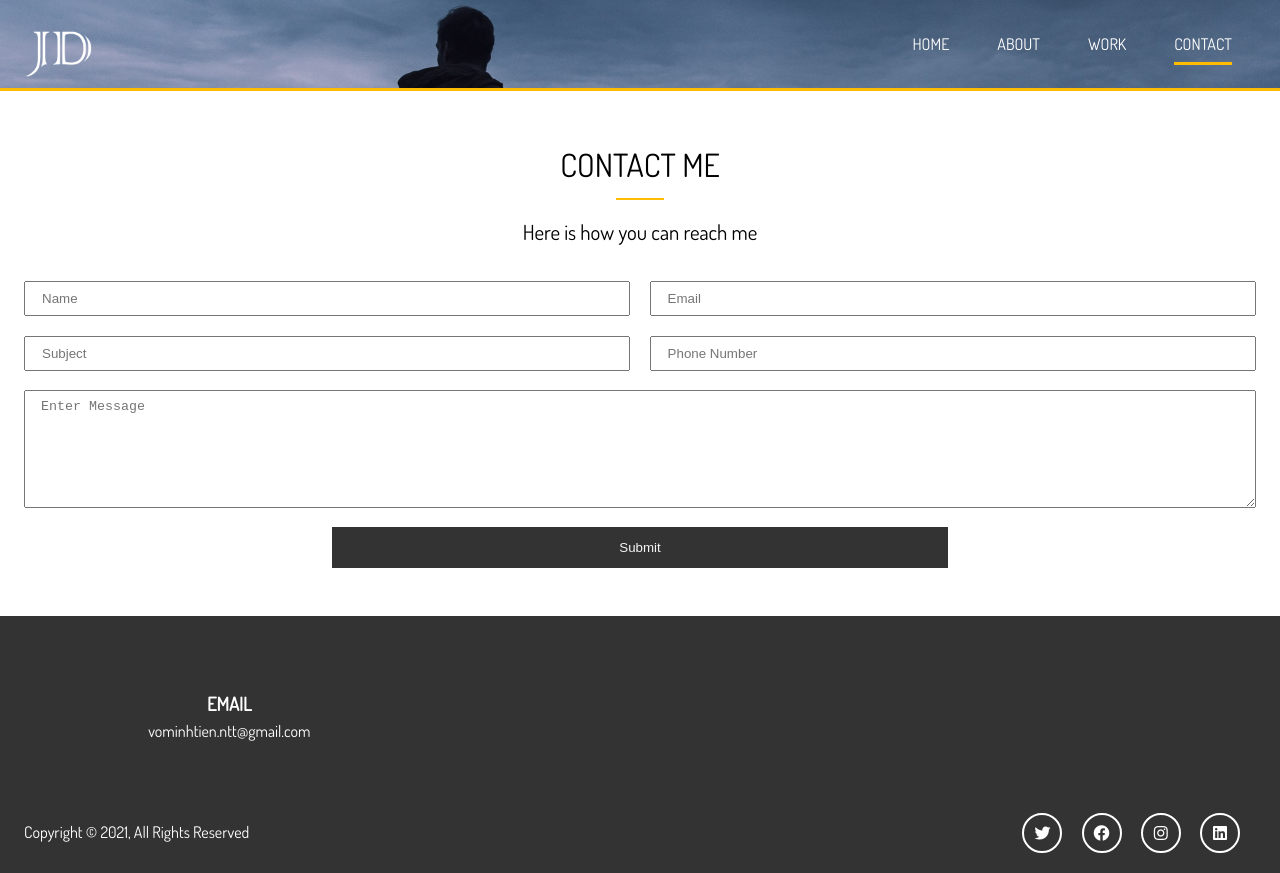
Repository: minhtien9/Portfolio_Website
Page: diet/contact.html
These files come from the project's save history. The page is drawn as it stood at one moment and after the next save; the edit follows.
The browser window is 1280 px wide. The pictures show the whole page.

Above is the page before, as saved 2021-08-29 19:55:42.

### diet/contact.html
<!DOCTYPE html>
<html lang="en">
  <head>
    <meta charset="UTF-8" />
    <meta http-equiv="X-UA-Compatible" content="IE=edge" />
    <meta name="viewport" content="width=device-width, initial-scale=1.0" />
    <link
      rel="stylesheet"
      href="https://cdnjs.cloudflare.com/ajax/libs/font-awesome/5.15.4/css/all.min.css"
      integrity="sha512-1ycn6IcaQQ40/MKBW2W4Rhis/DbILU74C1vSrLJxCq57o941Ym01SwNsOMqvEBFlcgUa6xLiPY/NS5R+E6ztJQ=="
      crossorigin="anonymous"
      referrerpolicy="no-referrer"
    />
    <link
      href="https://fonts.googleapis.com/css2?family=Dosis&display=swap"
      rel="stylesheet"
    />
    <link rel="stylesheet" href="css/style.css" />
    <title>Contact Me || UI/UX Designer & Photographer</title>
  </head>
  <body>
    <!-- Header -->
    <header id="header-inner">
      <div class="container">
        <nav id="main-nav">
          <img src="img/logo.png" alt="My Portfolio" id="logo" />
          <ul>
            <li><a href="index.html">Home</a></li>
            <li><a href="about.html">About</a></li>
            <li><a href="work.html">Work</a></li>
            <li><a href="contact.html" class="current">Contact</a></li>
          </ul>
        </nav>
      </div>
    </header>

    <!-- Section A: Contact Form -->
    <section id="contact-a" class="text-center py-3">
      <div class="container">
        <h2 class="section-title">Contact Me</h2>
        <div class="bottom-line"></div>
        <p class="lead">Here is how you can reach me</p>
        <form>
          <div class="text-fields">
            <input
              type="text"
              class="text-input name-input"
              placeholder="Name"
            />
            <input
              type="text"
              class="text-input subject-input"
              placeholder="Subject"
            />
            <input
              type="email"
              class="text-input email-input"
              placeholder="Email"
            />
            <input
              type="text"
              class="text-input phone-input"
              placeholder="Phone Number"
            />
            <textarea
              class="text-input message-input"
              placeholder="Enter Message"
            ></textarea>
          </div>
          <button type="submit" class="btn-dark">Submit</button>
        </form>
      </div>
    </section>

    <!-- Section B: Contact Info -->
    <section id="contact-b" class="py-3 bg-dark">
      <div class="container">
        <div class="contact-info">
          <div>
            <i class="fas fa-evenlope fa-2x"></i>
            <h3>Email</h3>
            <p>vominhtien.ntt@gmail.com</p>
          </div>
        </div>
      </div>
    </section>

    <!-- Footer -->
    <footer id="main-footer">
      <div class="footer-content container">
        <p>Copyright &copy; 2021, All Rights Reserved</p>
        <div class="social">
          <i class="fab fa-twitter"></i>
          <i class="fab fa-facebook"></i>
          <i class="fab fa-instagram"></i>
          <i class="fab fa-linkedin"></i>
        </div>
      </div>
    </footer>

    <!-- <script src="js/typewriter.js"></script> -->
  </body>
</html>

### diet/css/style.css
.container {
  max-width: 1280px;
  padding: 0 1.5rem;
  margin: auto;
  overflow: hidden;
}

.btn-dark, .btn-light, .btn-main {
  display: inline-block;
  padding: 0.8rem 2rem;
  transition: all 0.5s;
  border: none;
  cursor: pointer;
}

.btn-main {
  color: #333;
  background-color: #ffbc00;
}
.btn-light {
  color: #333;
  background-color: #f4f4f4;
}
.btn-dark {
  color: #f4f4f4;
  background-color: #333;
}

button[class^=btn-]:hover,
a[class^=btn-]:hover,
input[class^=btn-]:hover {
  background-color: #ffbc00;
}

.bg-main {
  background: #ffbc00;
  color: #fff;
}
.bg-dark {
  background: #333;
  color: #fff;
}
.bg-light {
  background: #f4f4f4;
  color: #000;
}
.bg-medium {
  background: #ccc;
  color: #000;
}

.lead {
  font-size: 1.3rem;
  margin-bottom: 2rem;
}

.text-center {
  text-align: center;
}

.py-1 {
  padding: 1rem 0;
}
.py-2 {
  padding: 2rem 0;
}
.py-3 {
  padding: 3rem 0;
}
.py-4 {
  padding: 4rem 0;
}

.ny-1 {
  margin: 1rem 0;
}
.ny-2 {
  margin: 2rem 0;
}
.ny-3 {
  margin: 3rem 0;
}
.ny-4 {
  margin: 4rem 0;
}

.section-title {
  font-size: 2rem;
  display: block;
  padding-bottom: 0.5rem;
  text-align: center;
  font-weight: 100;
  text-transform: uppercase;
}

.bottom-line {
  height: 2px;
  width: 3rem;
  background: #ffbc00;
  display: block;
  margin: 0 auto 1rem auto;
}

.items {
  display: grid;
  grid-template-columns: repeat(3, 1fr);
  box-shadow: 0 5px 10px 0 rgba(0, 0, 0, 0.3);
}

.item {
  position: relative;
  background: #ffbc00;
  overflow: hidden;
}
.item:after {
  content: "";
  position: absolute;
  display: block;
  background: inherit;
  opacity: 0.9;
  top: 0;
  left: 0;
  width: 100%;
  height: 100%;
  transform: scale(2) translateX(-75%) translateY(-75%) rotate(-28deg);
  transition: transform 3s cubic-bezier(0.2, 1, 0.3, 1);
}
.item:hover:after {
  transform: scale(2) translateX(0) translateY(0) rotate(-28deg);
}
.item:hover .item-image {
  transform: scale(1.2);
}
.item:hover .item-text {
  opacity: 1;
  transform: translateY(0);
}
.item-image {
  height: auto;
  transform: translateZ(0);
  display: block;
  transition: transform 750ms cubic-bezier(0.2, 1, 0.3, 1);
}
.item-image:before {
  content: "";
  display: block;
  padding-top: 75%;
  overflow: hidden;
}
.item-image img {
  position: absolute;
  top: 0;
  left: 0;
  width: 100%;
  height: auto;
  line-height: 0;
}
.item-text {
  position: absolute;
  top: 0;
  left: 0;
  bottom: 0;
  right: 0;
  opacity: 0;
  text-align: center;
  z-index: 1;
  color: #fff;
  transform: translateY(-20%);
  transition: opacity 500ms cubic-bezier(0.2, 1, 0.3, 1), transform 500ms cubic-bezier(0.2, 1, 0.3, 1);
  transition-delay: 300ms;
}
.item-text-wrap {
  position: absolute;
  width: 100%;
  top: 50%;
  transform: translateY(-50%);
}
.item-text-title {
  font-size: 2rem;
  padding: 0 1rem;
  margin: 5px 0 0 0;
}
.item-text-category {
  text-transform: uppercase;
  font-size: 1.2rem;
  opacity: 0.7;
  margin: 0;
}

* {
  margin: 0;
  padding: 0;
}

body {
  font-family: "Dosis", sans-serif;
  line-height: 1.6;
  background: #fff;
}

a {
  text-decoration: none;
  color: #333;
}

ul {
  list-style: none;
}

h2,
h3,
h4 {
  text-transform: uppercase;
}

img {
  width: 100%;
}

#logo {
  width: 70px;
  height: 70px;
  color: #fff;
  text-transform: uppercase;
}

#main-nav {
  display: flex;
  justify-content: space-between;
  padding-top: 1rem;
}
#main-nav ul {
  display: flex;
}
#main-nav li {
  padding: 1rem 1.5rem;
}
#main-nav a {
  text-decoration: none;
  color: #fff;
  text-transform: uppercase;
  border-bottom: 3px transparent solid;
  padding-bottom: 0.5rem;
  transition: border-color 0.5s;
}
#main-nav a:hover {
  border-color: #ccc;
}
#main-nav a.current {
  border-color: #ffbc00;
}

#header-home {
  background: url("../img/showcase.jpg") no-repeat center right/cover;
  height: 100vh;
  color: #fff;
}
#header-home .header-content {
  text-align: center;
  padding-top: 20%;
}
#header-home .header-content h1 {
  font-size: 4rem;
  line-height: 1.2;
}
#header-inner {
  background: url("../img/showcase.jpg") no-repeat 20% 30%/cover;
  height: 5.5rem;
  border-bottom: 3px solid #ffbc00;
}

#home-a .specials {
  margin-top: 3rem;
  display: grid;
  grid-gap: 1rem;
  grid-template-columns: repeat(4, 1fr);
}
#home-a .specials .fas {
  color: #ffbc00;
  padding-bottom: 0.4rem;
}
#home-b .stats {
  display: grid;
  grid-template-columns: repeat(4, 1fr);
}
#home-b .stats li {
  line-height: 2;
}
#home-b .stats li.stats-title {
  font-size: 1.5rem;
}
#home-b .stats li.stats-number {
  font-size: 2rem;
  font-weight: bold;
}
#home-b .stats div {
  padding: 3rem 0;
}
#home-b .stats div:nth-child(odd) {
  background: #f4f4f4;
}
#home-b .stats div:nth-child(even) {
  background: #ccc;
}
#home-c .process {
  display: grid;
  grid-template-columns: repeat(4, 1fr);
  grid-gap: 1.5rem;
  text-align: center;
}
#home-c .process-step {
  position: absolute;
  top: 0;
  right: 0;
  font-size: 28px;
  background: #ffbc00;
  color: #fff;
  border-radius: 50%;
  height: 15px;
  width: 15px;
  line-height: 15px;
  padding: 1rem;
  transition: all 1s;
}
#home-c .process-icon {
  border-radius: 50%;
  background: #333;
  color: #fff;
  padding: 2rem;
  width: 70px;
  height: 70px;
  line-height: 70px;
  text-align: center;
  position: relative;
  transition: all 1s;
}
#home-c .process-icon:hover {
  background: #ffbc00;
  width: 90px;
  height: 90px;
  line-height: 90px;
}
#home-c .process-icon:hover .process-step {
  background: #333;
  color: #fff;
}

#about-a .about-info {
  display: grid;
  grid-template-areas: "bioimage bio bio" "aw1 aw2 aw3";
  grid-gap: 1.2rem;
}
#about-a .bio-image {
  grid-area: bioimage;
}
#about-a .bio {
  grid-area: bio;
  border-left: 3px solid #ffbc00;
  padding: 0.8rem;
}
#about-a .award-1 {
  grid-area: aw1;
}
#about-a .award-2 {
  grid-area: aw2;
}
#about-a .award-3 {
  grid-area: aw3;
}
#about-a .award-1 .fas,
#about-a .award-2 .fas,
#about-a .award-3 .fas {
  color: #ffbc00;
  margin: 1rem;
}
#about-b .progress {
  overflow: hidden;
  height: 20px;
  background: #ccc;
  border-radius: 5px;
  margin-bottom: 0.6rem;
}
#about-b .progress div {
  height: 100%;
  color: #fff;
  text-align: center;
  background: #ffbc00;
}
#about-c .about-logos {
  display: grid;
  grid-template-columns: repeat(4, 1fr);
  grid-gap: 2rem;
}
#about-c .about-logos img {
  width: 70%;
}
#about-d .testimonials {
  display: grid;
  grid-template-columns: repeat(4, 1fr);
  grid-gap: 0.5rem;
}
#about-d .testimonials ul {
  list-style: none;
  margin-top: 1rem;
  display: flex;
  align-items: center;
}
#about-d .testimonials p {
  border: 1px solid #ccc;
  border-radius: 5px;
  padding: 0.5rem;
}
#about-d .testimonials img {
  width: 50px;
  height: 50px;
  border-radius: 50%;
  margin-right: 0.5rem;
}

#contact-a .text-fields {
  display: grid;
  grid-template-areas: "name email" "subject phone" "message message";
  grid-gap: 1.2rem;
  margin-bottom: 1.2rem;
}
#contact-a .text-fields .name-input {
  grid-area: name;
}
#contact-a .text-fields .subject-input {
  grid-area: subject;
}
#contact-a .text-fields .email-input {
  grid-area: email;
}
#contact-a .text-fields .phone-input {
  grid-area: phone;
}
#contact-a .text-fields .message-input {
  grid-area: message;
  height: 100px;
}
#contact-a .text-fields .text-input {
  padding: 0.5rem 1rem;
}
#contact-a button[type=submit] {
  width: 50%;
}
#contact-b .contact-info {
  display: grid;
  grid-template-columns: repeat(3, 1fr);
  text-align: center;
}
#contact-c h1 {
  text-align: center;
  font-size: 4rem;
}

#main-footer {
  background: #333;
  color: #fff;
  height: 5rem;
}
#main-footer .footer-content {
  display: flex;
  justify-content: space-between;
  height: 5rem;
  align-items: center;
}
#main-footer .footer-content .social .fab {
  margin-right: 1rem;
  border: 2px solid #fff;
  border-radius: 50%;
  height: 20px;
  width: 20px;
  line-height: 20px;
  text-align: center;
  padding: 0.5rem;
}
#main-footer .footer-content .social .fab:hover {
  background: #ffbc00;
  cursor: pointer;
}

@media (max-width: 800px) {
  #header-home {
    height: 30rem;
  }
  #header-home .header-content {
    padding-top: 5rem;
  }
}
@media (max-width: 500px) {
  #main-nav {
    flex-direction: column;
    align-items: center;
  }
  #main-nav li {
    padding: 1rem;
  }

  #header-home {
    height: 10rem;
    border-bottom: 3px solid #ffbc00;
    background-position: 20% 30%;
  }
  #header-home .header-content {
    display: none;
  }
  #header-inner {
    height: 10rem;
  }

  #home-a .specials,
#home-b .stats,
#home-c .process,
#about-d .testimonials,
#contact-b .contact-info,
.items {
    grid-template-columns: 1fr;
  }

  #home-a .specials div {
    border-bottom: 1px #f4f4f4 solid;
    padding-bottom: 1rem;
  }
  #home-a .specials div:last-child {
    border: none;
    padding-bottom: 0;
  }
  #home-b .stats div {
    padding: 2rem 0 1rem 0;
  }

  #about-a .about-info {
    grid-template-areas: "bioimage" "bio" "aw1" "aw2" "aw3";
  }
  #about-c {
    display: none;
  }

  #contact-a .text-fields {
    grid-template-areas: "name" "subject" "email" "phone" "message";
  }
  #contact-b div {
    margin-bottom: 1rem;
    padding-bottom: 1rem;
    border-bottom: 1px solid #555;
  }
  #contact-b div:last-child {
    border: none;
    margin-bottom: 0;
    padding-bottom: 0;
  }
  #contact-c h1 {
    font-size: 2rem;
  }

  #main-footer {
    height: 7rem;
  }
  #main-footer .footer-content {
    flex-direction: column;
    padding: 1rem;
    height: 5rem;
  }
}
@media (max-height: 580px) {
  #header-home .header-content {
    padding-top: 3rem;
  }
}
@media (max-height: 330px) {
  #header-home .header-content h1 {
    font-size: 2rem;
  }
}

/*# sourceMappingURL=style.css.map */

After the next save:
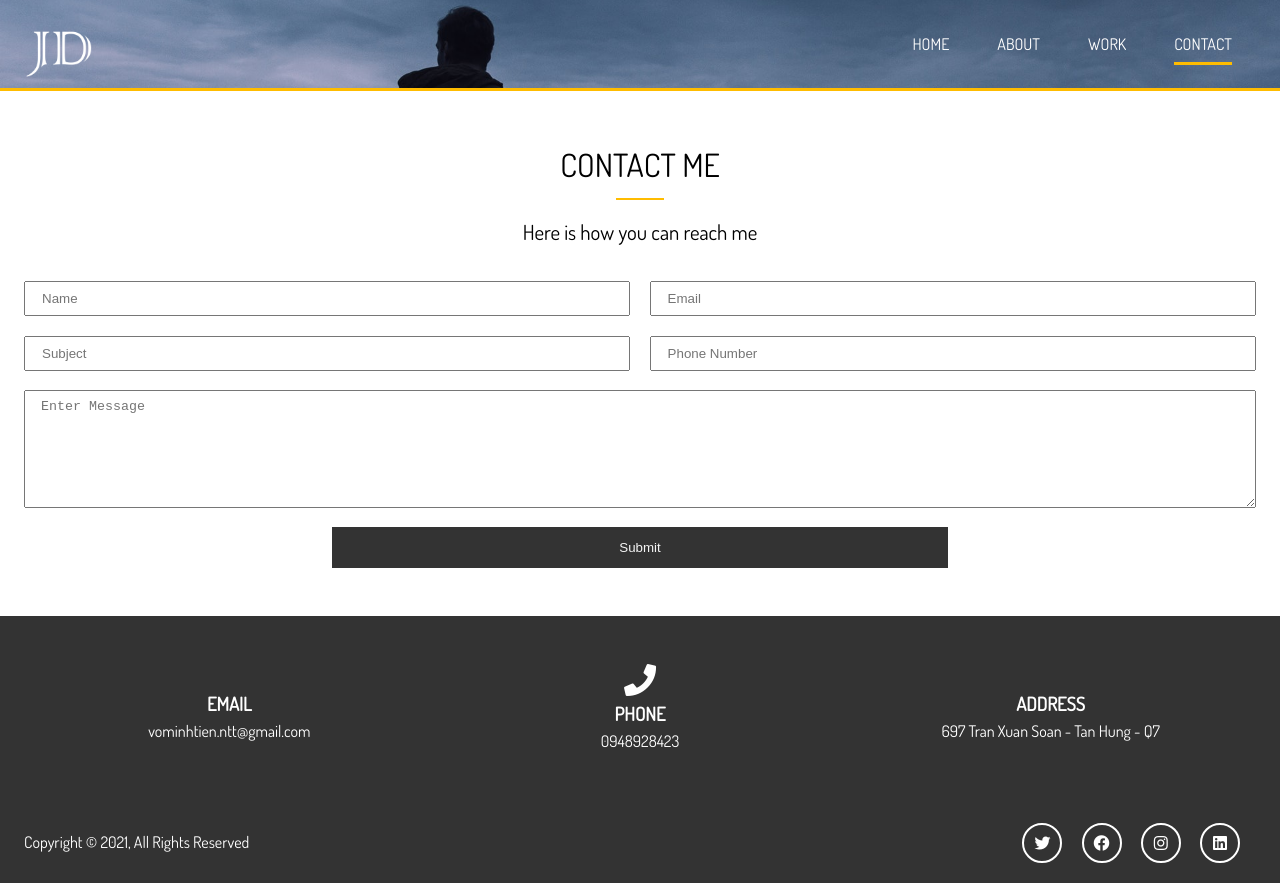
Saved 51 s later.
--- a/diet/contact.html
+++ b/diet/contact.html
@@ -81,6 +81,16 @@
             <h3>Email</h3>
             <p>vominhtien.ntt@gmail.com</p>
           </div>
+          <div>
+            <i class="fas fa-phone fa-2x"></i>
+            <h3>Phone</h3>
+            <p>0948928423</p>
+          </div>
+          <div>
+            <i class="fas fa-address fa-2x"></i>
+            <h3>Address</h3>
+            <p>697 Tran Xuan Soan - Tan Hung - Q7</p>
+          </div>
         </div>
       </div>
     </section>
